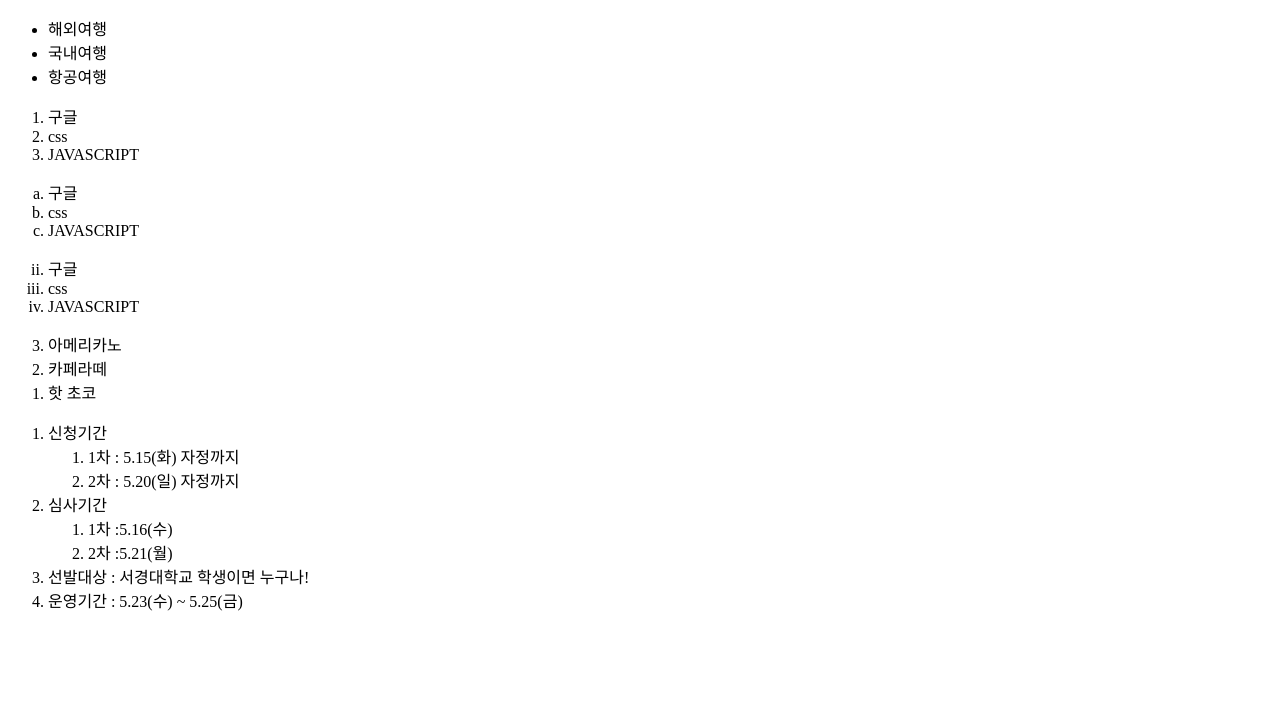
Repository: jaehyeon0418/workspace123
Page: w1024/src/main/webapp/w1024_04.html
The author's editor kept a copy of each file at every save. The page is drawn from the files as they stood at one save, then again after the next save.
The browser window is 1280 px wide. The pictures show the whole page.

Above is the page before, as saved 2022-10-24 02:27:32.

### w1024/src/main/webapp/w1024_04.html
<!DOCTYPE html>
<html>
<head>
<meta charset="UTF-8">
<title>Insert title here</title>
</head>
<body>

<!-- ul li ol 목록 -->

<ul>

	<li>해외여행</li>
	<li>국내여행</li>
	<li>항공여행</li>

</ul>

<ol>
	<li>구글</li>
	<li>css</li>
	<li>JAVASCRIPT</li>
</ol>

<ol type="a">
	<li>구글</li>
	<li>css</li>
	<li>JAVASCRIPT</li>
</ol>

<ol type="i" start=2>
	<li>구글</li>
	<li>css</li>
	<li>JAVASCRIPT</li>
</ol>
<ol reversed>

	<li>아메리카노</li>
	<li>카페라떼</li>
	<li>핫 초코</li>


</ol>

<ol>

<li>신청기간</li>
	<ol>
	<li>1차 : 5.15(화) 자정까지
	<li>2차 : 5.20(일) 자정까지
	</ol>
<li>심사기간</li>
	<ol>
	<li> 1차 :5.16(수)
	<li> 2차 :5.21(월)
	</ol>
<li>선발대상 : 서경대학교 학생이면 누구나!</li>
<li>운영기간 : 5.23(수) ~ 5.25(금)</li>


</ol>















</body>
</html>

After the next save:
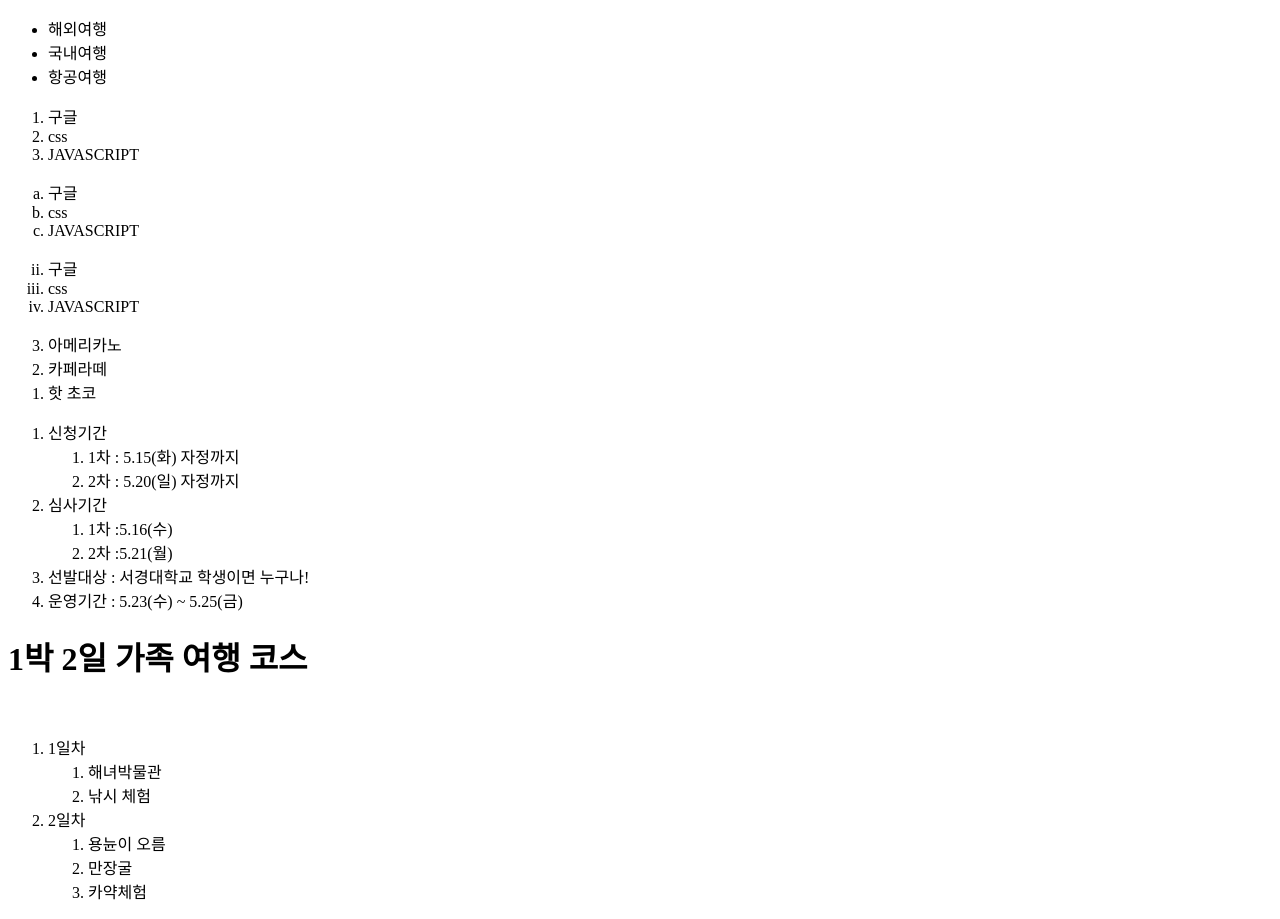
Saved 3 min 16 s later.
--- a/w1024/src/main/webapp/w1024_04.html
+++ b/w1024/src/main/webapp/w1024_04.html
@@ -57,9 +57,23 @@
 <li>선발대상 : 서경대학교 학생이면 누구나!</li>
 <li>운영기간 : 5.23(수) ~ 5.25(금)</li>
 
-
 </ol>
 
+<h1><b>1박 2일 가족 여행 코스</b></h1>
+<br>
+<ol style: -;>
+	<li> 1일차</li>
+		<ol style : a;>
+			<li> 해녀박물관
+			<li> 낚시 체험
+		</ol>
+	<li> 2일차</li>
+		<ol style : c;>
+			<li> 용뉸이 오름
+			<li> 만장굴
+			<li> 카약체험
+		</ol>
+</ol>
 
 
 
